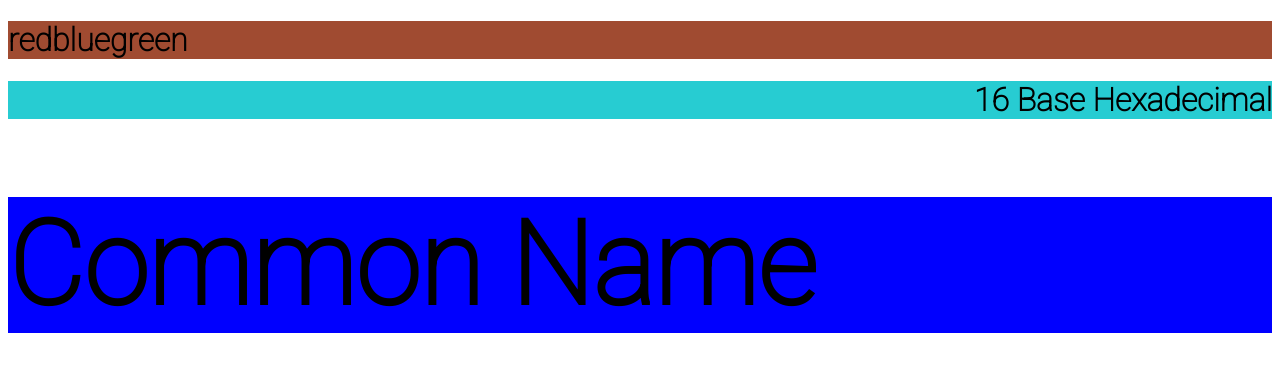
Repository: 3EyEdRav3n/10-2020-cohort-course
Page: week-1/day-4/warm-up.html
These files come from the project's save history. The page is drawn as it stood at one moment and after the next save; the edit follows.
The browser window is 1280 px wide. The pictures show the whole page.

Above is the page before, as saved 2020-10-29 20:33:05.

### week-1/day-4/warm-up.html
<!DOCTYPE html>
<html lang="en">
  <head>
    <meta charset="UTF-8" />
    <meta name="viewport" content="width=device-width, initial-scale=1.0" />
    <link rel="stylesheet" href="./warm-up.css" />
    <link
      href="https://fonts.googleapis.com/css2?family=Roboto:wght@100&display=swap"
      rel="stylesheet"
    />
    <title>Document</title>
  </head>
  <body>
    <div class="Div1" background-color: rgb(160, 75, 49)>
      <h1>REDBLUEGREEN</h1>
    </div>
    <div class="Div2" background-color: #27CCD2>
      <h1>16 Base Hexadecimal</h1>
    </div>
    <div class="Div3" background-color: blue>
      <h1>Common Name</h1>
    </div>
  </body>
</html>

### week-1/day-4/warm-up.css


.Div1 {
    background-color: rgb(160, 75, 49);
    text-transform: lowercase;
    font-family: 'Roboto', sans-serif;
}

.Div2 {
    background-color: #27CCD2 ;
    text-align:  right;
    font-family: 'Roboto', sans-serif;
}

.Div3 {
    background-color: blue;
    font-size: 58px;
    font-family: 'Roboto', sans-serif;
}

After the next save:
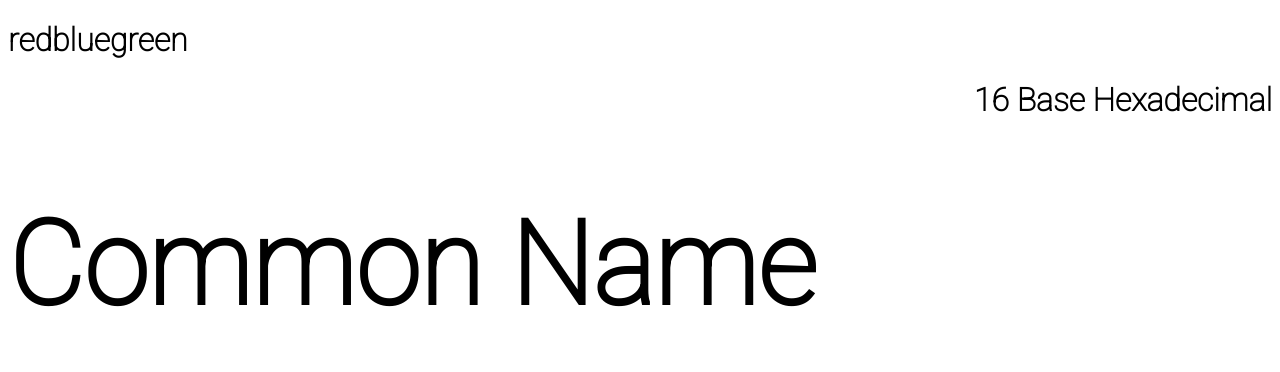
Saved 13 min 37 s later.
--- a/week-1/day-4/warm-up.css
+++ b/week-1/day-4/warm-up.css
@@ -1,19 +1,16 @@
 
 
 .Div1 {
-    background-color: rgb(160, 75, 49);
     text-transform: lowercase;
     font-family: 'Roboto', sans-serif;
 }
 
 .Div2 {
-    background-color: #27CCD2 ;
     text-align:  right;
     font-family: 'Roboto', sans-serif;
 }
 
 .Div3 {
-    background-color: blue;
     font-size: 58px;
     font-family: 'Roboto', sans-serif;
 }
